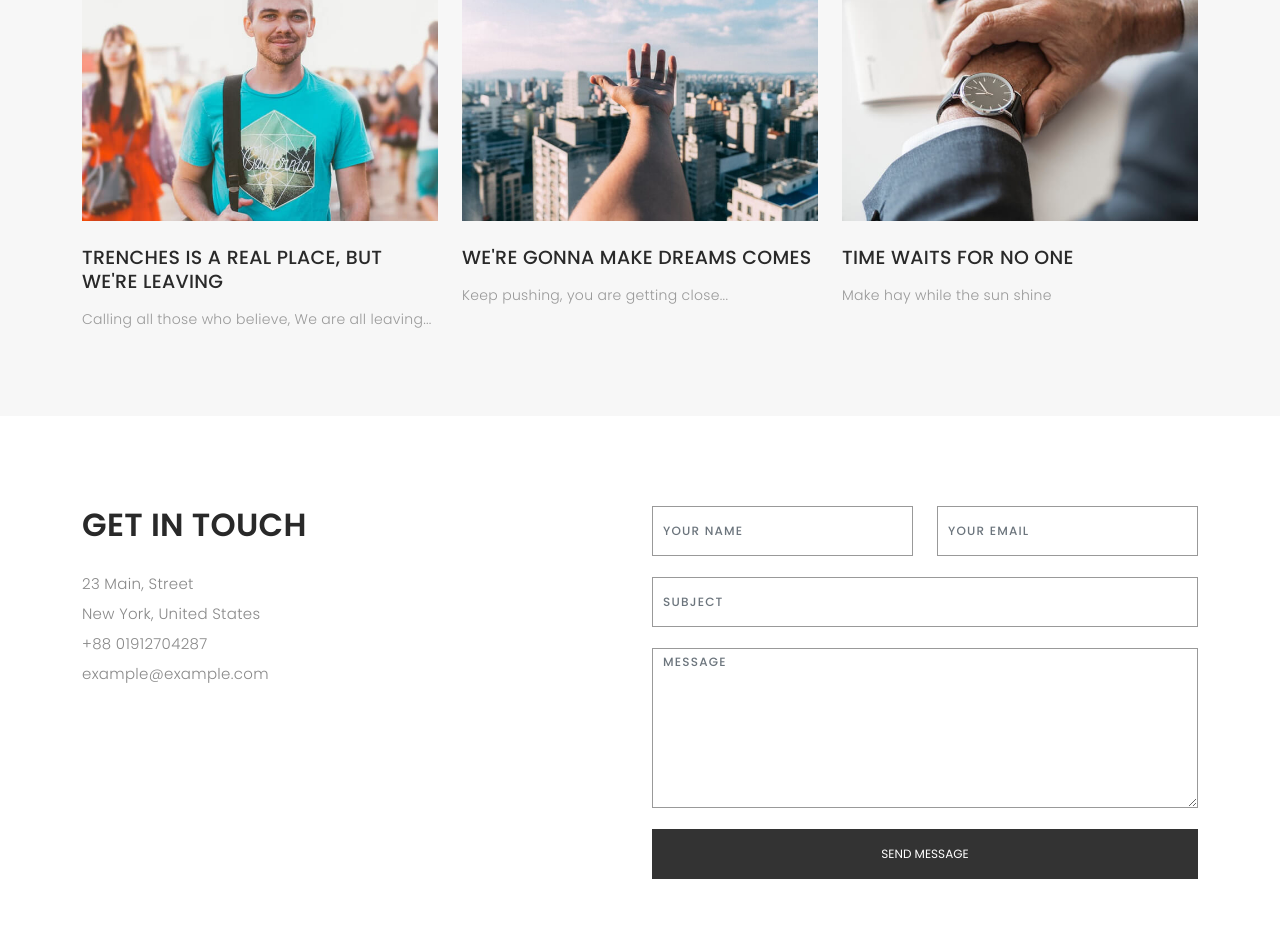
Repository: muhammedctgr/MrBayoA1
Page: index.html
The author's editor kept a copy of each file at every save. The page is drawn from the files as they stood at one save, then again after the next save.
The browser window is 1280 px wide. The pictures show the part of the page from y = 2632 to 3584 px (the page is 3883 px tall before and 3859 px after).
A picture or video elsewhere on the page could not be fetched, so the positions and the page height are approximate. Some web fonts or font styles are not loaded; a fallback is used.

Above is the page before, as saved 2022-10-18 13:27:47.

### index.html
<!DOCTYPE html>
<html lang="en">

<head>
  <meta charset="utf-8">
  <meta content="width=device-width, initial-scale=1.0" name="viewport">

  <title>Mr Bayo A1</title>
  <meta content="" name="description">
  <meta content="" name="keywords">

  <link rel="apple-touch-icon" sizes="180x180" href="/apple-touch-icon.png">
  <link rel="icon" type="image/png" sizes="32x32" href="/favicon-32x32.png">
  <link rel="icon" type="image/png" sizes="16x16" href="/favicon-16x16.png">
  <link rel="manifest" href="/site.webmanifest">

  <link rel="preconnect" href="https://fonts.googleapis.com">
  <link rel="preconnect" href="https://fonts.gstatic.com" crossorigin>
  <link href="https://fonts.googleapis.com/css2?family=Racing+Sans+One&display=swap" rel="stylesheet">

  <!-- Favicons -->
  <link href="assets/img/favicon.png" rel="icon">
  <link href="assets/img/apple-touch-icon.png" rel="apple-touch-icon">

  <!-- Google Fonts -->
  <link href="https://fonts.googleapis.com/css?family=Poppins:300,300i,400,400i,500,500i,600,600i,700,700i|Playfair+Display:400,400i,500,500i,600,600i,700,700i,900,900i" rel="stylesheet">

  <!-- Vendor CSS Files -->
  <link href="assets/vendor/bootstrap/css/bootstrap.min.css" rel="stylesheet">
  <link href="assets/vendor/bootstrap-icons/bootstrap-icons.css" rel="stylesheet">
  <link href="assets/vendor/boxicons/css/boxicons.min.css" rel="stylesheet">
  <link href="assets/vendor/glightbox/css/glightbox.min.css" rel="stylesheet">
  <link href="assets/vendor/swiper/swiper-bundle.min.css" rel="stylesheet">

  <!-- Template Main CSS File -->
  <link href="assets/css/style.css" rel="stylesheet">

</head>

<body>

  <!-- ======= Header ======= -->
  <header id="header" class="fixed-top ">
    <div class="container d-flex align-items-center justify-content-between">

      <!--<a href="index.html" class="logo"><img src="assets/img/logo.png" alt="" class="img-fluid"></a>-->
      <!-- Uncomment below if you prefer to use an text logo -->
      <h1 class="" style="font-family: 'Racing Sans One', cursive; background-color: #b8a07e;"><a href="index.html">Mr. Bayo</a></h1>

      <nav id="navbar" class="navbar">
        <ul>
          <li><a class="nav-link scrollto active" href="#hero">Home</a></li>
          <li><a class="nav-link scrollto" href="#about">About</a></li>
          <li><a class="nav-link  scrollto" href="#portfolio">Projects</a></li>
          <li><a class="nav-link  scrollto" href="#journal">Blog</a></li>
          <li><a class="nav-link scrollto" href="#contact">Contact</a></li>
        </ul>
        <i class="bi bi-list mobile-nav-toggle"></i>
      </nav><!-- .navbar -->

    </div>
  </header><!-- End Header -->

  <!-- ======= Hero Section ======= -->
  <div id="hero" class="home">

    <div class="container">
      <div class="hero-content">
        <h1><span class="typed" data-typed-items="Akinde Gbenga Bayo, Entrepreneur, Social Media Influencer, Serial Winner."></span></h1>
      </div>
    </div>
  </div><!-- End Hero -->

  <main id="main">

    <!-- ======= About Section ======= -->
    <div id="about" class="paddsection">
      <div class="container">
        <div class="row justify-content-between">

          <div class="col-lg-4 ">
            <div class="div-img-bg">
              <div class="about-img">
                <img src="https://i.postimg.cc/W4LmL6sG/2-1.jpg" class="img-responsive" alt="me">
              </div>
            </div>
          </div>

          <div class="col-lg-7">
            <div class="about-descr">
              <p class="p-heading">Akinde Gbenga Bayo, notably known as Mr. Bayo, is one of the successful entrepreneurs and influencers making their mark in the industry.
               Mr. Bayo is an experienced social media influencer from Lagos, Nigeria. His extensive network & experience in the sporting world rate him as one of the top
               influencers with a massive social media following.
              </p>
              <p class="separator">Mr. Bayo presently enjoys a whooping loyal audience of 640k+ followers on Twitter.
                His all-round excellent sports knowledge makes him one of the cremes in sports punditry.
              </p>
              <p>
                As a serial entrepreneur, He is the Co-founder of Thruways Reality, a real estate company in situated in Lagos. His grit to always bring his A1 mentality has seen
                him swiftly gain a solid market understanding, paving the way for more success in the future.
                A self-made success story, Mr. Bayo has a paddle-your-own-canoe mentality, in his words 'Don’t play games you don’t understand'.
                He opines people should avoid doing things they know nothing about, because other people are doing it. Instead people should seek what they are passionate about,
                be creative about it and trust the process.
              </p>
            </div>

          </div>
        </div>
      </div>
    </div><!-- End About Section -->

    <!-- ======= Portfolio Section ======= -->
    <div id="portfolio" class="paddsection">

      <div class="container">
        <div class="section-title text-center">
          <h2>Projects</h2>
        </div>
      </div>

      <div class="container">

        <div class="row portfolio-container">

          <div class="col-lg-4 col-md-6 portfolio-item filter-app">
            <img style="border-radius: 10px; box-shadow: 0px 6px 8px 3px rgba(1, 5, 26, 0.14);" src="https://i.postimg.cc/dt3dT2KJ/pls-work.jpg" class="img-fluid" alt="">
            <div class="portfolio-info">
              <h4>Thruways Realty</h4>
              <p>thruwaysrealty.com</p>
              <a href="https://i.postimg.cc/dt3dT2KJ/pls-work.jpg" data-gallery="portfolioGallery" class="portfolio-lightbox preview-link" title="Eco Sustainability Focused Real Estate Development Firm•
              🚧 Designing & Building Unique Custom Homes. #BuildingExcellence"><i class="bx bx-plus"></i></a>
              <a href="https://twitter.com/ThruwaysRealty" class="details-link" title="More Details"><i class="bx bx-link"></i></a>
            </div>
          </div>

          <div class="col-lg-4 col-md-6 portfolio-item filter-web">
            <img style="border-radius: 10px; box-shadow: 0px 6px 8px 3px rgba(1, 5, 26, 0.14);" src="https://i.postimg.cc/PqKSKKcH/3-bedroom-exterior-1-scaled-1.jpg" class="img-fluid" alt="">
            <div class="portfolio-info">
              <h4>Thruways Realty</h4>
              <p>thruwaysrealty.com</p>
              <a href="https://i.postimg.cc/PqKSKKcH/3-bedroom-exterior-1-scaled-1.jpg" data-gallery="portfolioGallery" class="portfolio-lightbox preview-link" title="Eco Sustainability Focused Real Estate Development Firm•
              🚧 Designing & Building Unique Custom Homes. #BuildingExcellence"><i class="bx bx-plus"></i></a>
              <a href="https://twitter.com/ThruwaysRealty" class="details-link" title="More Details"><i class="bx bx-link"></i></a>
            </div>
          </div>

          <div class="col-lg-4 col-md-6 portfolio-item filter-app">
            <img style="border-radius: 10px; box-shadow: 0px 6px 8px 3px rgba(1, 5, 26, 0.14);" src="https://i.postimg.cc/dtV3xwW6/Northcourt-Real-Estate.jpg" class="img-fluid" alt="">
            <div class="portfolio-info">
              <h4>Thruways Realty</h4>
              <p>thruwaysrealty.com</p>
              <a href="https://i.postimg.cc/dtV3xwW6/Northcourt-Real-Estate.jpg" data-gallery="portfolioGallery" class="portfolio-lightbox preview-link" title="Eco Sustainability Focused Real Estate Development Firm•
              🚧 Designing & Building Unique Custom Homes. #BuildingExcellence"><i class="bx bx-plus"></i></a>
              <a href="https://twitter.com/ThruwaysRealty" class="details-link" title="More Details"><i class="bx bx-link"></i></a>
            </div>
          </div>

          <div class="col-lg-4 col-md-6 portfolio-item filter-card">
            <img style="border-radius: 10px; box-shadow: 0px 6px 8px 3px rgba(1, 5, 26, 0.14);" src="https://i.postimg.cc/ydLQPZT0/omo.jpg" class="img-fluid" alt="">
            <div class="portfolio-info">
              <h4>Thruways Realty</h4>
              <p>thruwaysrealty.com</p>
              <a href="https://i.postimg.cc/ydLQPZT0/omo.jpg" data-gallery="portfolioGallery" class="portfolio-lightbox preview-link" title="Eco Sustainability Focused Real Estate Development Firm•
              🚧 Designing & Building Unique Custom Homes. #BuildingExcellence"><i class="bx bx-plus"></i></a>
              <a href="https://twitter.com/ThruwaysRealty" class="details-link" title="More Details"><i class="bx bx-link"></i></a>
            </div>
          </div>

          <div class="col-lg-4 col-md-6 portfolio-item filter-web">
            <img style="border-radius: 10px; box-shadow: 0px 6px 8px 3px rgba(1, 5, 26, 0.14);" src="https://i.postimg.cc/tgQPhyJV/real-estate.jpg" class="img-fluid" alt="">
            <div class="portfolio-info">
              <h4>Thruways Realty</h4>
              <p>thruwaysrealty.com</p>
              <a href="https://i.postimg.cc/tgQPhyJV/real-estate.jpg" data-gallery="portfolioGallery" class="portfolio-lightbox preview-link" title="Eco Sustainability Focused Real Estate Development Firm•
              🚧 Designing & Building Unique Custom Homes. #BuildingExcellence"><i class="bx bx-plus"></i></a>
              <a href="https://twitter.com/ThruwaysRealty" class="details-link" title="More Details"><i class="bx bx-link"></i></a>
            </div>
          </div>

          <div class="col-lg-4 col-md-6 portfolio-item filter-app">
            <img style="border-radius: 10px; box-shadow: 0px 6px 8px 3px rgba(1, 5, 26, 0.14);" src="https://i.postimg.cc/cLXDvpp2/istockphoto-1283983176-612x612.jpg" class="img-fluid" alt="">
            <div class="portfolio-info">
              <h4>Thruways Realty</h4>
              <p>thruwaysrealty.com</p>
              <a href="https://i.postimg.cc/cLXDvpp2/istockphoto-1283983176-612x612.jpg" data-gallery="portfolioGallery" class="portfolio-lightbox preview-link" title="Eco Sustainability Focused Real Estate Development Firm•
              🚧 Designing & Building Unique Custom Homes. #BuildingExcellence"><i class="bx bx-plus"></i></a>
              <a href="https://twitter.com/ThruwaysRealty" class="details-link" title="More Details"><i class="bx bx-link"></i></a>
            </div>
          </div>

        </div>

      </div>

    </div><!-- End Portfolio Section -->

    <!-- ======= Journal Section ======= -->
    <div id="journal" class="text-left paddsection">

      <div class="container">
        <div class="section-title text-center">
          <h2>Blog</h2>
        </div>
      </div>

      <div class="container">
        <div class="journal-block">
          <div class="row">

            <div class="col-lg-4 col-md-6">
              <div class="journal-info">

                <a href="blog-single.html"><img src="assets/img/blog-post-1.jpg" class="img-responsive" alt="img"></a>

                <div class="journal-txt">

                  <h4><a href="blog-single.html">TRENCHES IS A REAL PLACE, BUT WE'RE LEAVING</a></h4>
                  <p class="separator">Calling all those who believe, We are all leaving...
                  </p>

                </div>

              </div>
            </div>

            <div class="col-lg-4 col-md-6">
              <div class="journal-info">

                <a href="blog-single.html"><img src="assets/img/blog-post-2.jpg" class="img-responsive" alt="img"></a>

                <div class="journal-txt">

                  <h4><a href="blog-single.html">WE'RE GONNA MAKE DREAMS COMES</a></h4>
                  <p class="separator">Keep pushing, you are getting close...
                  </p>

                </div>

              </div>
            </div>

            <div class="col-lg-4 col-md-6">
              <div class="journal-info">

                <a href="blog-single.html"><img src="assets/img/blog-post-3.jpg" class="img-responsive" alt="img"></a>

                <div class="journal-txt">

                  <h4><a href="blog-single.html">TIME WAITS FOR NO ONE</a></h4>
                  <p class="separator">Make hay while the sun shine
                  </p>

                </div>

              </div>
            </div>

          </div>
        </div>
      </div>

    </div><!-- End Journal Section -->

    <!-- ======= Contact Section ======= -->
    <div id="contact" class="paddsection">
      <div class="container">
        <div class="contact-block1">
          <div class="row">

            <div class="col-lg-6">
              <div class="contact-contact">

                <h2 class="mb-30">GET IN TOUCH</h2>

                <ul class="contact-details">
                  <li><span>23 Main, Street</span></li>
                  <li><span>New York, United States</span></li>
                  <li><span>+88 01912704287</span></li>
                  <li><span>example@example.com</span></li>
                </ul>

              </div>
            </div>

            <div class="col-lg-6">
              <form action="forms/contact.php" method="post" role="form" class="php-email-form">
                <div class="row gy-3">

                  <div class="col-lg-6">
                    <div class="form-group contact-block1">
                      <input type="text" name="name" class="form-control" id="name" placeholder="Your Name" required>
                    </div>
                  </div>

                  <div class="col-lg-6">
                    <div class="form-group">
                      <input type="email" class="form-control" name="email" id="email" placeholder="Your Email" required>
                    </div>
                  </div>

                  <div class="col-lg-12">
                    <div class="form-group">
                      <input type="text" class="form-control" name="subject" id="subject" placeholder="Subject" required>
                    </div>
                  </div>

                  <div class="col-lg-12">
                    <div class="form-group">
                      <textarea class="form-control" name="message" placeholder="Message" required></textarea>
                    </div>
                  </div>

                  <div class="col-lg-12">
                    <div class="loading">Loading</div>
                    <div class="error-message"></div>
                    <div class="sent-message">Your message has been sent. Thank you!</div>
                  </div>

                  <div class="mt-0">
                    <input type="submit" class="btn btn-defeault btn-send" value="Send message">
                  </div>

                </div>
              </form>
            </div>
          </div>
        </div>
      </div>
    </div><!-- End Contact Section -->

  </main><!-- End #main -->

  <!-- ======= Footer ======= -->
  <div id="footer" class="text-center">
    <div class="container">
      <div class="socials-media text-center">

        <ul class="list-unstyled">
          <li><a href="#"><i class="bi bi-facebook"></i></a></li>
          <li><a href="#"><i class="bi bi-twitter"></i></a></li>
          <li><a href="#"><i class="bi bi-instagram"></i></a></li>
          <li><a href="#"><i class="bi bi-linkedin"></i></a></li>
        </ul>

      </div>

      <p>&copy; Copyrights Mr. Bayo</p>
      <p> All rights reserved.</p>

      <div class="credits">
        Designed by <a href="https://bootstrapmade.com/">Greazely</a>
      </div>

    </div>
  </div><!-- End Footer -->

  <a href="#" class="back-to-top d-flex align-items-center justify-content-center"><i class="bi bi-arrow-up-short"></i></a>

  <!-- Vendor JS Files -->
  <script src="assets/vendor/bootstrap/js/bootstrap.bundle.min.js"></script>
  <script src="assets/vendor/glightbox/js/glightbox.min.js"></script>
  <script src="assets/vendor/isotope-layout/isotope.pkgd.min.js"></script>
  <script src="assets/vendor/swiper/swiper-bundle.min.js"></script>
  <script src="assets/vendor/typed.js/typed.min.js"></script>
  <script src="assets/vendor/php-email-form/validate.js"></script>

  <!-- Template Main JS File -->
  <script src="assets/js/main.js"></script>

</body>

</html>

Loaded but not shown: assets/vendor/bootstrap/css/bootstrap.min.css (library); assets/vendor/bootstrap-icons/bootstrap-icons.css (library); assets/vendor/boxicons/css/boxicons.min.css (library); assets/vendor/glightbox/css/glightbox.min.css (library); assets/vendor/swiper/swiper-bundle.min.css (library); assets/vendor/bootstrap/js/bootstrap.bundle.min.js (library); assets/vendor/glightbox/js/glightbox.min.js (library); assets/vendor/isotope-layout/isotope.pkgd.min.js (library); assets/vendor/swiper/swiper-bundle.min.js (library); assets/vendor/typed.js/typed.min.js (library); assets/vendor/php-email-form/validate.js (common file); assets/js/main.js (262 lines, source omitted); assets/css/style.css (1549 lines, source omitted)

After the next save:
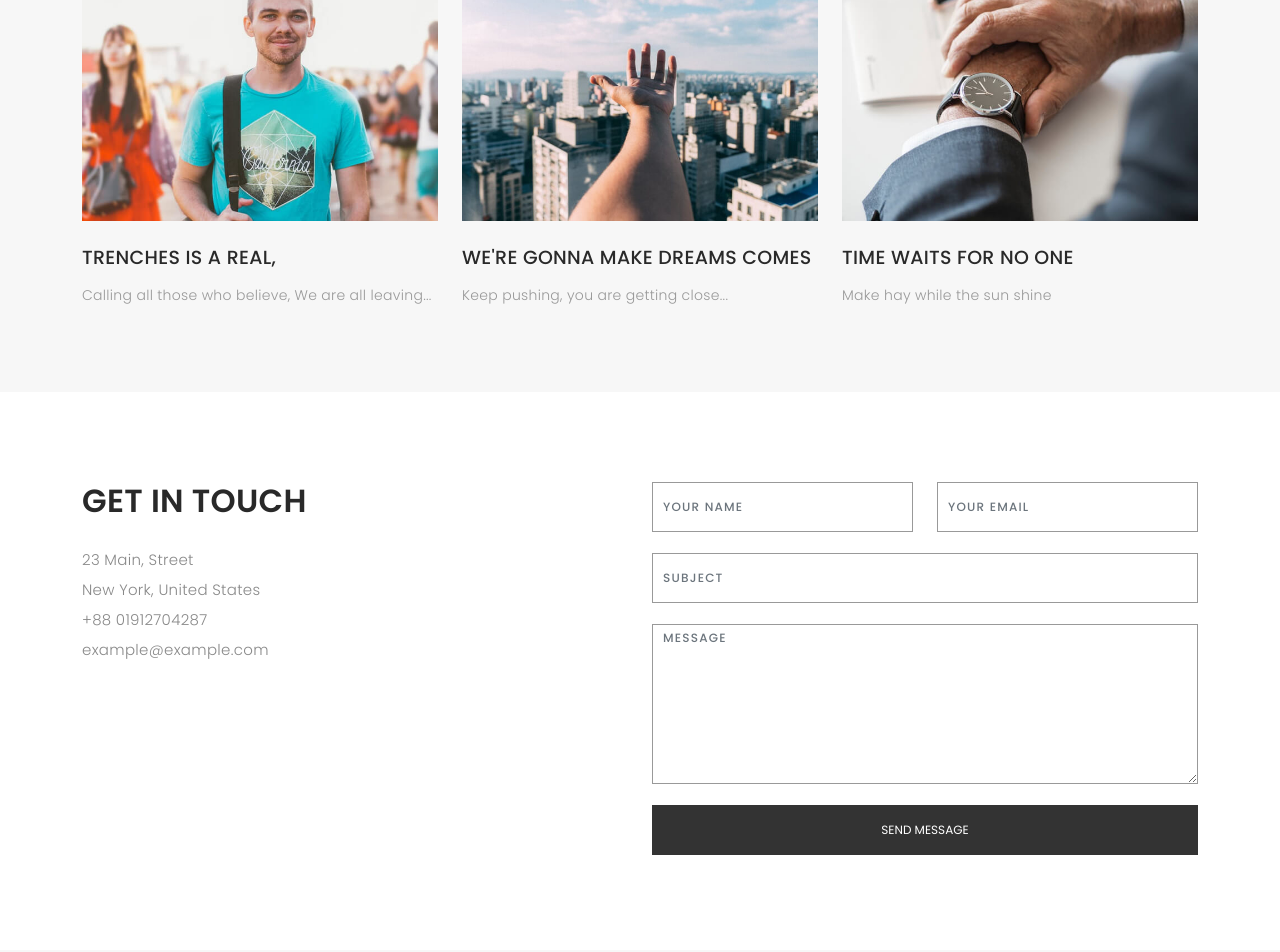
Saved 58 s later.
--- a/index.html
+++ b/index.html
@@ -214,7 +214,7 @@
 
                 <div class="journal-txt">
 
-                  <h4><a href="blog-single.html">TRENCHES IS A REAL PLACE, BUT WE'RE LEAVING</a></h4>
+                  <h4><a href="blog-single.html">TRENCHES IS A REAL, </a></h4>
                   <p class="separator">Calling all those who believe, We are all leaving...
                   </p>
 

After the save that followed:
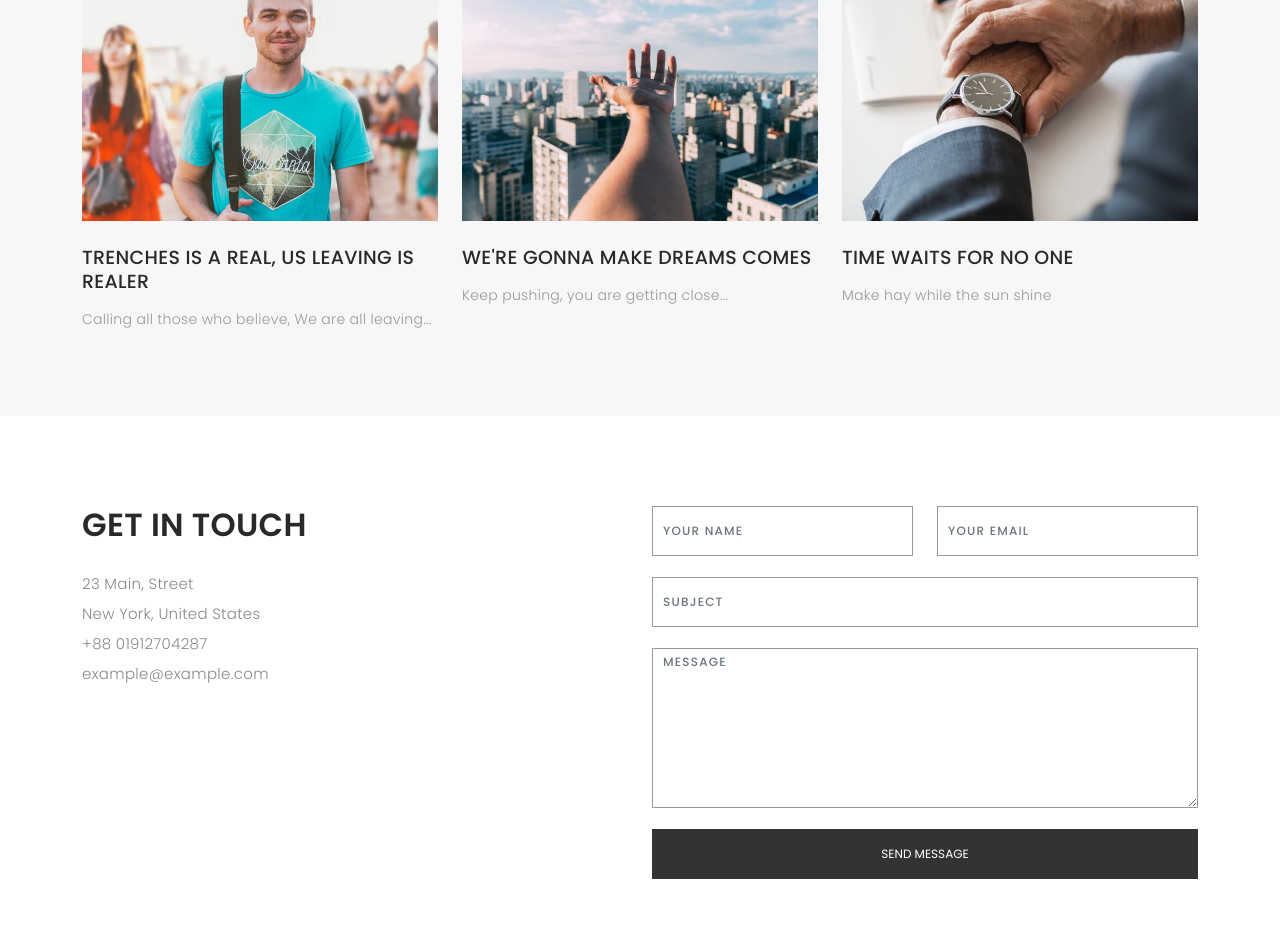
Saved 14 s later.
--- a/index.html
+++ b/index.html
@@ -214,7 +214,7 @@
 
                 <div class="journal-txt">
 
-                  <h4><a href="blog-single.html">TRENCHES IS A REAL, </a></h4>
+                  <h4><a href="blog-single.html">TRENCHES IS A REAL, US LEAVING IS REALER</a></h4>
                   <p class="separator">Calling all those who believe, We are all leaving...
                   </p>
 
